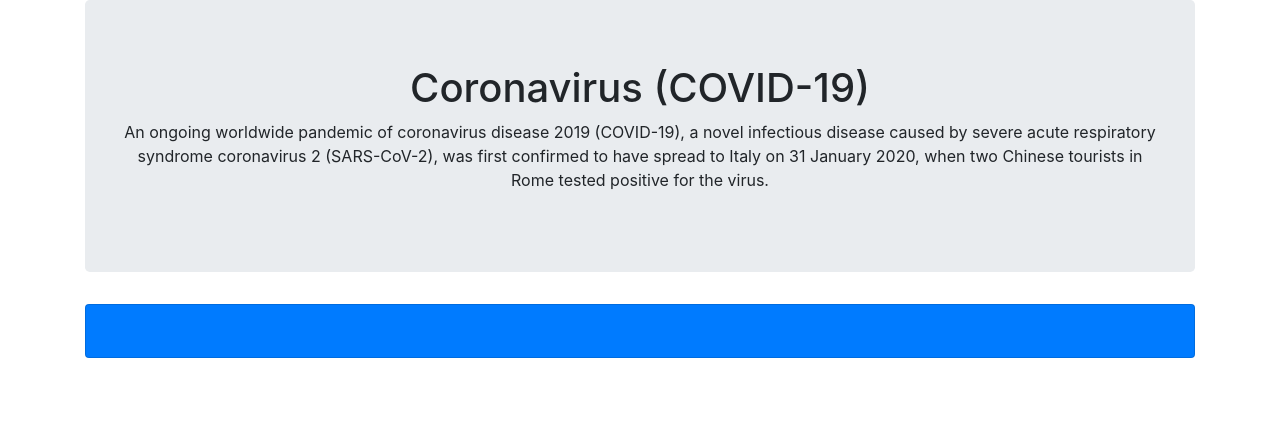
Repository: ahmadsaadkhan/react-covid-app
Page: /
The author's editor kept a copy of each file at every save. The page is drawn from the files as they stood at one save, then again after the next save.
The browser window is 1280 px wide. The pictures show the whole page.
The page's requests for data from a server got no answer. The project was rebuilt for these pictures with package versions that can differ from the ones it lists, and the page was loaded fresh each time. No one was signed in, and anything a server would have sent is missing.

Above is the page before, as saved 2021-04-19 15:50:54.

After the next save:
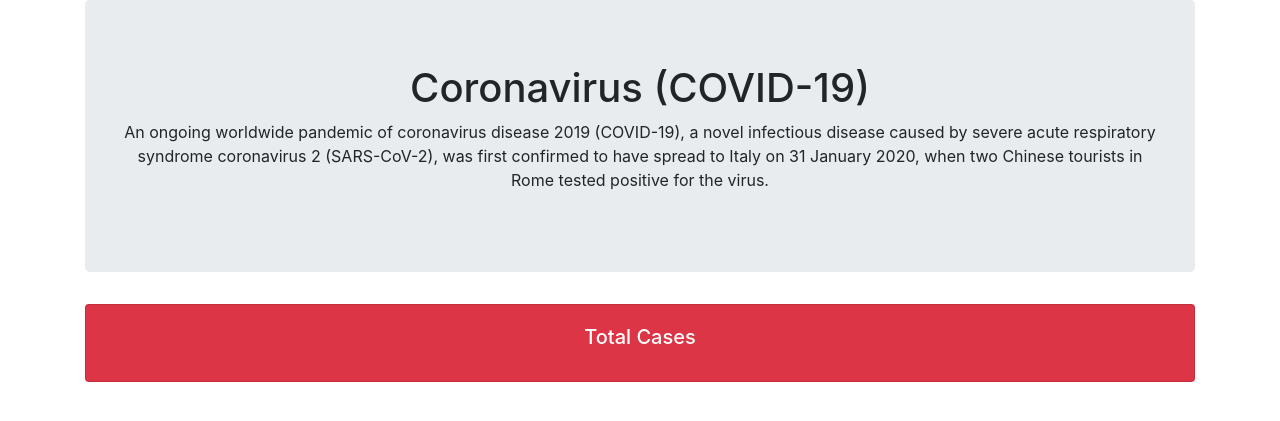
Saved 26 s later.
--- a/src/App.js
+++ b/src/App.js
@@ -40,9 +40,9 @@ function App() {
           <h1>Coronavirus (COVID-19)</h1>
           <p>An ongoing worldwide pandemic of coronavirus disease 2019 (COVID-19), a novel infectious disease caused by severe acute respiratory syndrome coronavirus 2 (SARS-CoV-2), was first confirmed to have spread to Italy on 31 January 2020, when two Chinese tourists in Rome tested positive for the virus.</p>
         </div>
-        <div class="card text-white bg-primary mb-3">
+        <div class="card text-white bg-danger mb-3">
           <div class="card-body">
-            <h5 class="card-title"> {Covid_Data && Covid_Data[0].TotalCases}</h5>
+            <h5 class="card-title"> Total Cases {Covid_Data && Covid_Data[0].TotalCases}</h5>
           </div>
         </div>
 
